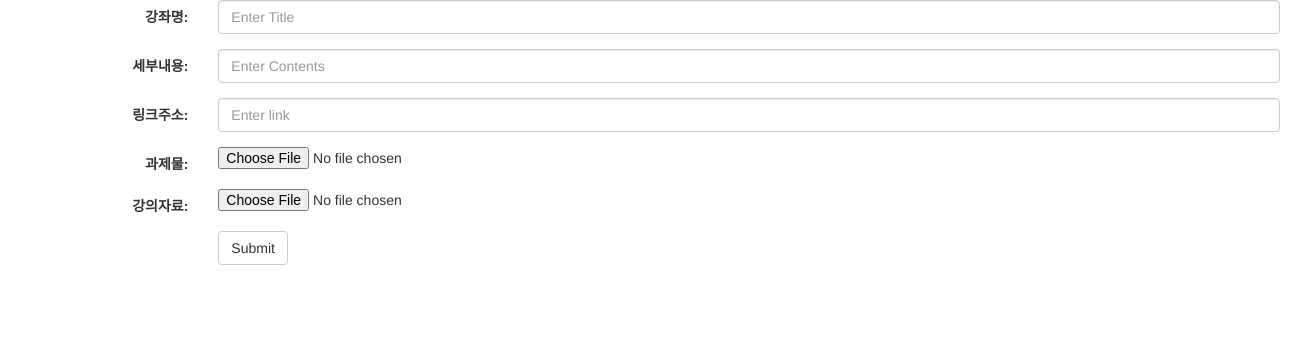
Repository: akacanet87/4pweather_final
Page: http://localhost/MinSsaem/lecture/registlecture.jsp
The author's editor kept a copy of each file at every save. The page is drawn from the files as they stood at one save, then again after the next save.
The browser window is 1280 px wide. The page is 1295 px wide, so the pictures cover 1295 px, including what lies to the right of the window. The pictures show the whole page.
The page is served by Tomcat 9.

Above is the page before, as saved 2016-10-30 19:10:55.

After the next save:
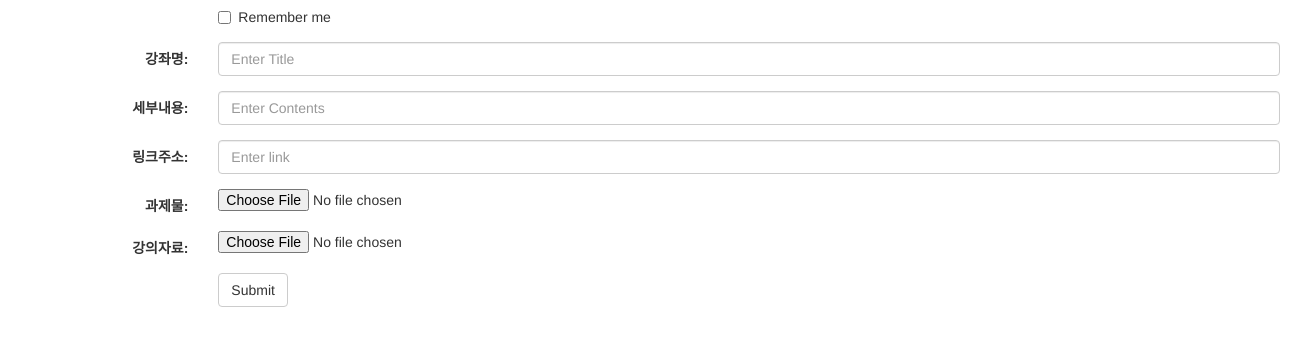
Saved 16 s later.
--- a/MinSsaem/WebContent/lecture/registlecture.jsp
+++ b/MinSsaem/WebContent/lecture/registlecture.jsp
@@ -23,6 +23,15 @@
 <body>
 
 	<form class="form-horizontal" name="form1" method="post">
+
+		<div class="form-group">
+			<div class="col-sm-offset-2 col-sm-10">
+				<div class="checkbox">
+					<label><input type="checkbox"> Remember me</label>
+				</div>
+			</div>
+		</div>
+
 		<div class="form-group">
 			<label class="control-label col-sm-2" for="title">강좌명:</label>
 			<div class="col-sm-10">
@@ -33,8 +42,8 @@
 		<div class="form-group">
 			<label class="control-label col-sm-2" for="content">세부내용:</label>
 			<div class="col-sm-10">
-				<input type="content" class="form-control" id="content" name="content"
-					placeholder="Enter Contents">
+				<input type="content" class="form-control" id="content"
+					name="content" placeholder="Enter Contents">
 			</div>
 		</div>
 
@@ -49,7 +58,7 @@
 		<div class="form-group">
 			<label class="control-label col-sm-2" for="homework">과제물:</label>
 			<div class="col-sm-10">
-				<input type="file"  id="homework" name="homework"
+				<input type="file" id="homework" name="homework"
 					placeholder="Regist homework">
 			</div>
 		</div>
@@ -57,7 +66,8 @@
 		<div class="form-group">
 			<label class="control-label col-sm-2" for="lecturefile">강의자료:</label>
 			<div class="col-sm-10">
-				<input type="file" id="lecturefile" name="lecturefile" placeholder="Regist LectureFile">
+				<input type="file" id="lecturefile" name="lecturefile"
+					placeholder="Regist LectureFile">
 			</div>
 		</div>
 
